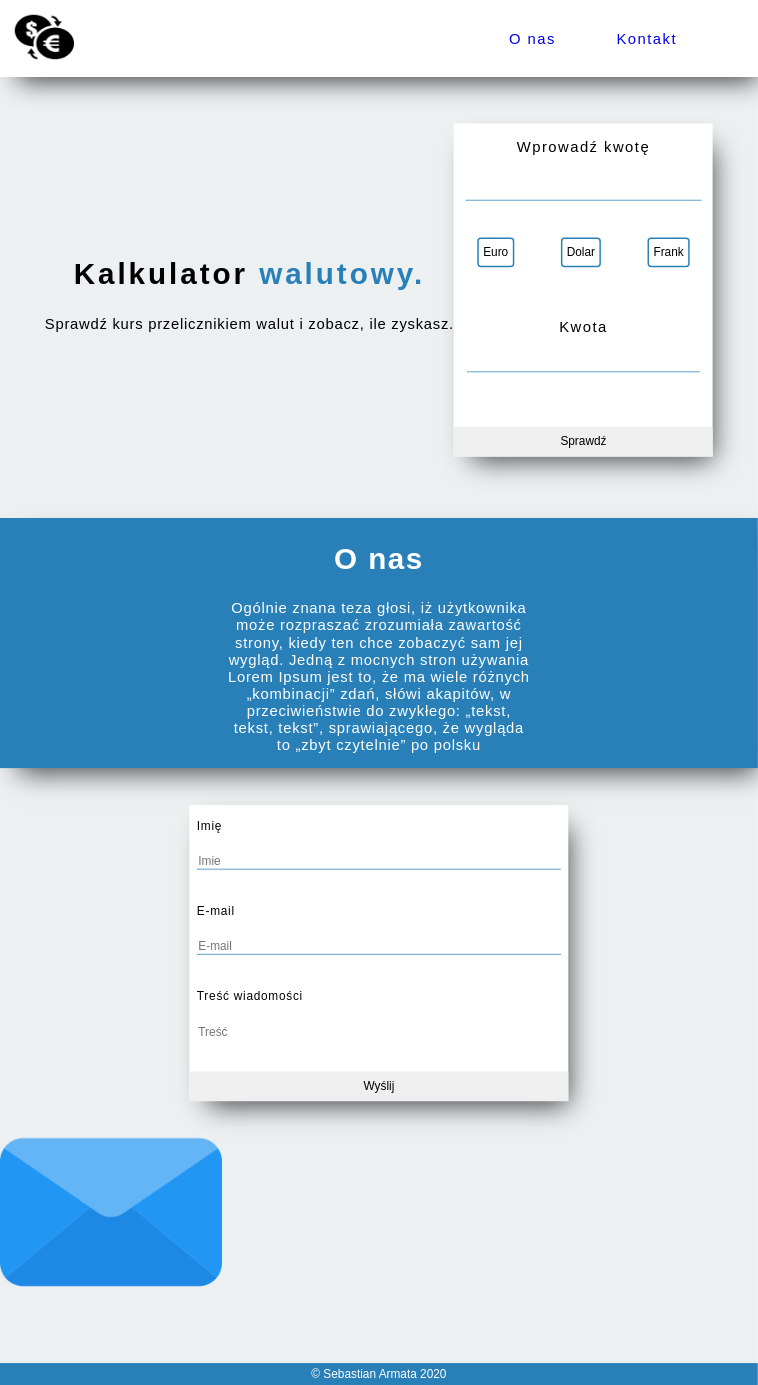
Repository: SebastianArmata22/Kalkulator-walut
Page: index.html
An editor plug-in stored every save of this project. The page is shown before and after the next save, followed by the edit.
The browser window is 1024 px wide. The pictures show the whole page, at 74% of full size.

Above is the page before, as saved 2020-10-28 13:09:08.

After the next save:
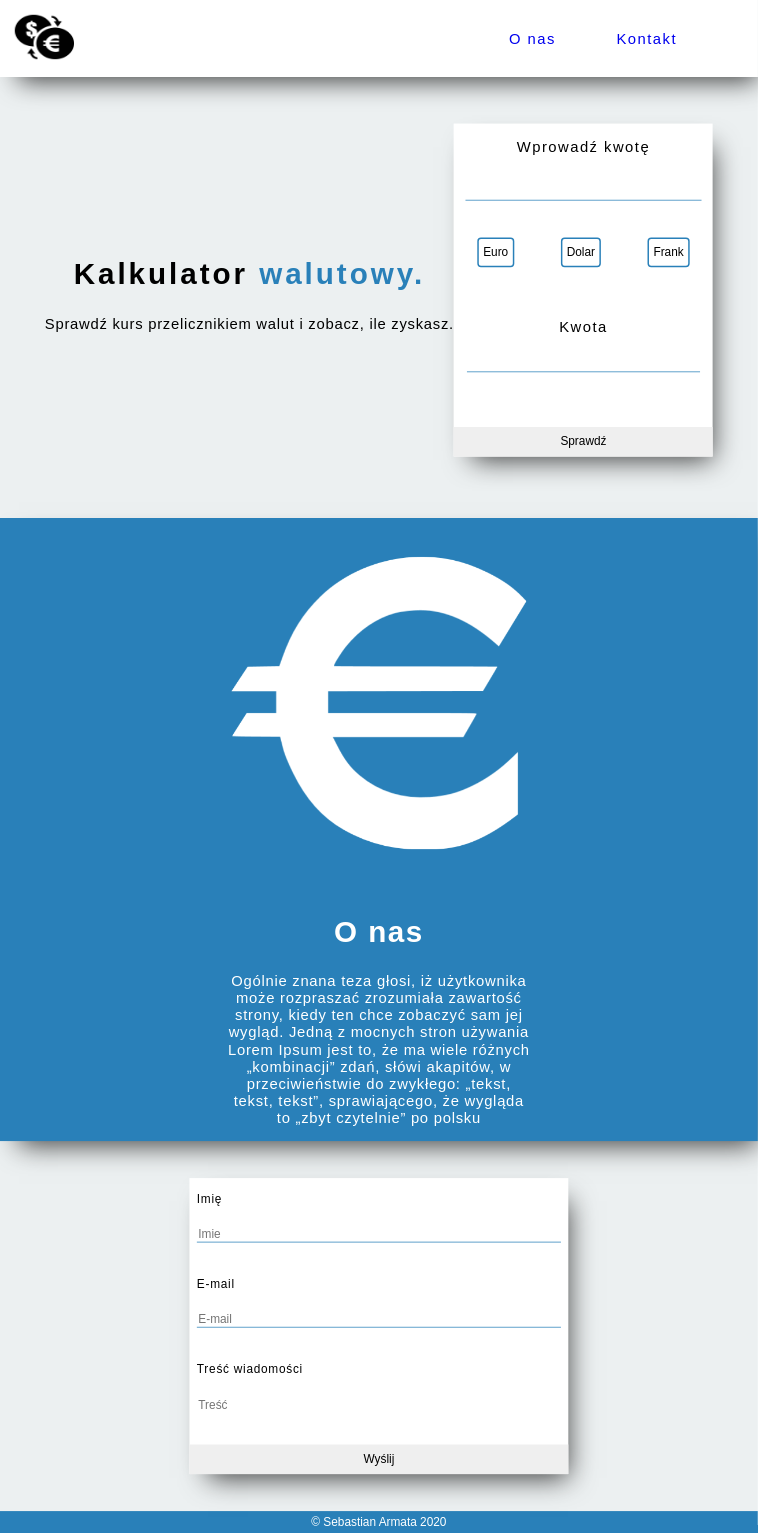
Saved 2 h 44 min later.
--- a/style.css
+++ b/style.css
@@ -266,8 +266,9 @@ max-width: 300px;
     flex-direction: column;
 }
 
-.photo-euro {
-    display: none;
+.contact-img{
+
+ display: none;
 }
 .contact-form-container{
     width: 100%;
